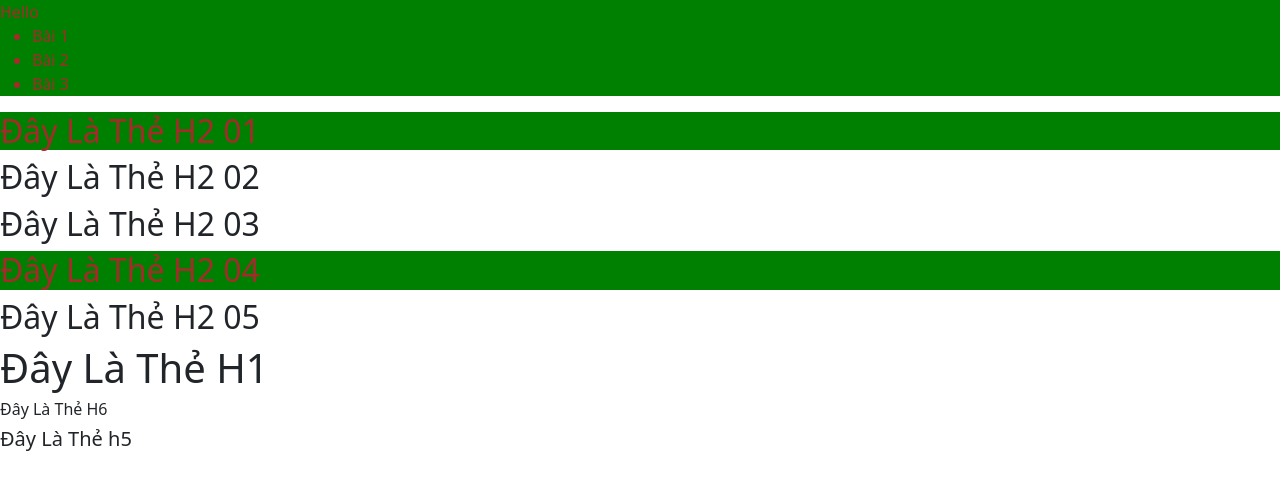
Repository: HuynhDuc23/learn__javascript__basic
Page: lab19/dom.html
The author's editor kept a copy of each file at every save. The page is drawn from the files as they stood at one save, then again after the next save.
The browser window is 1280 px wide. The pictures show the whole page.

Above is the page before, as saved 2024-01-10 10:13:39.
Console error (its wording comes from the project's code and is left out).

After the next save:
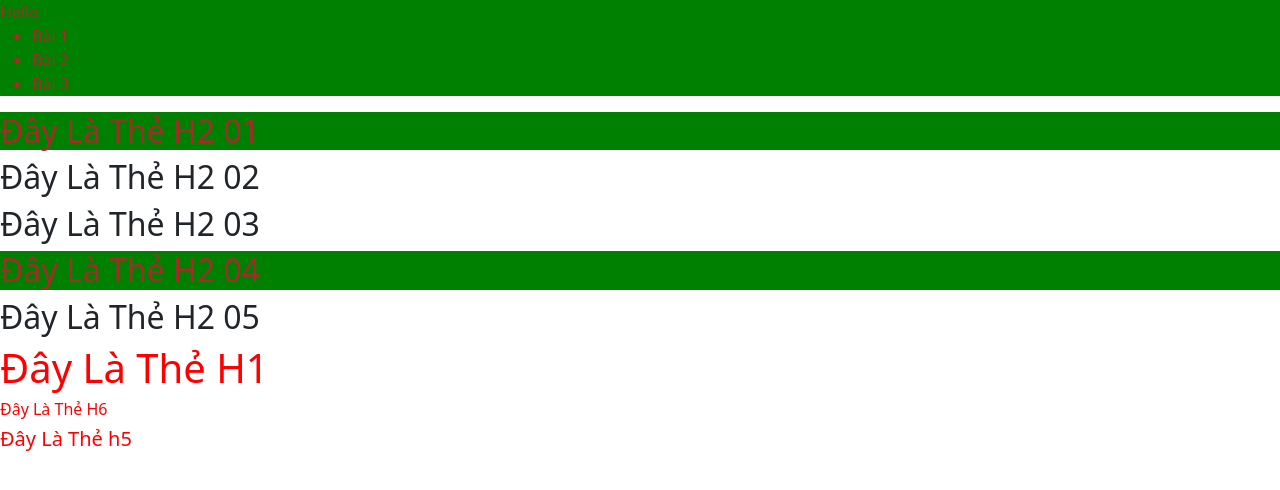
The error is gone.
Saved 11 s later.
--- a/lab19/dom.html
+++ b/lab19/dom.html
@@ -54,7 +54,7 @@
        // eletment ra và chuyển nó vô array
 
        [...listTest].forEach((item)=>{
-             item.classList.add("")
+             item.classList.add("test-css")
        },)
 
     </script>
